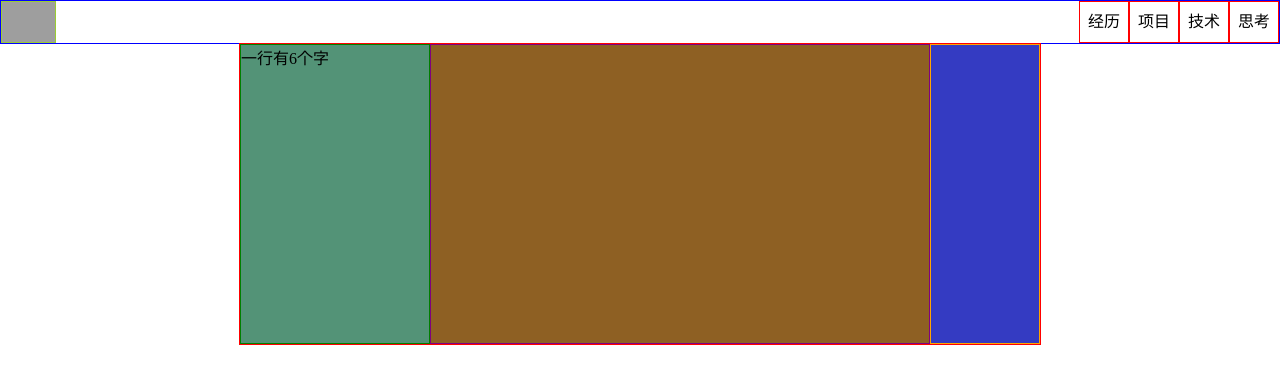
Repository: Lixianlai-2/Css-practice
Page: index.html
An editor plug-in stored every save of this project. The page is shown before and after the next save, followed by the edit.
The browser window is 1280 px wide. The pictures show the whole page.
Pictures or frames that could not be fetched are drawn as grey boxes.

Above is the page before, as saved 2021-12-03 10:57:55.

### index.html
<!DOCTYPE html>
<html>
  <head>
    <meta charset="utf-8" />
    <link rel="stylesheet" href="style.css" />
    <title>float浮动</title>
  </head>

  <body>
    <header class="clearfix">
      <div class="logo">
        <img
          src="https://avatars.githubusercontent.com/u/23273345?v=4"
          alt="头像"
        />
      </div>
      <ul class="clearfix">
        <li>经历</li>
        <li>项目</li>
        <li>技术</li>
        <li>思考</li>
      </ul>
    </header>
    <div class="content clearfix">
      <aside>一行有6个字</aside>
      <main></main>
      <div class="ad"></div>
    </div>
  </body>
</html>

### style.css
* {
  margin: 0;
  padding: 0;
  box-sizing: border-box;
}

img {
  max-width: 100%;
}

.clearfix::after {
  content: "";
  display: block;
  clear: both;
}

header {
  border: 1px solid blue;
}

ul,
ol {
  list-style: none;
}

.logo {
  display: inline-block;
  border: 1px solid yellowgreen;
  float: left;
}
.logo > img {
  height: 40px;
  vertical-align: middle;
}

ul > li {
  border: 1px solid red;
  line-height: 32px;
  float: left;
  padding: 4px 0.5em;
}
ul {
  /* 必须让其浮动，也让logo浮动，才能让其父容器完全贴合 */
  float: right;
}

.content {
  /* 不占据空间，绘制于元素内容周围 */
  outline: 1px solid red;
  width: 800px;
  margin: auto;
}

.content > aside {
  width: 190px;
  border: 1px solid green;
  height: 300px;
  float: left;
  background-color: rgb(83, 147, 119);
}

.content > main {
  border: 1px solid purple;
  height: 300px;
  width: 500px;
  float: left;
  background-color: rgb(142, 96, 35);
}

.content > .ad {
  border: 1px solid orange;
  width: 110px;
  height: 300px;
  float: left;
  background-color: rgb(52, 59, 194);
}

After the next save:
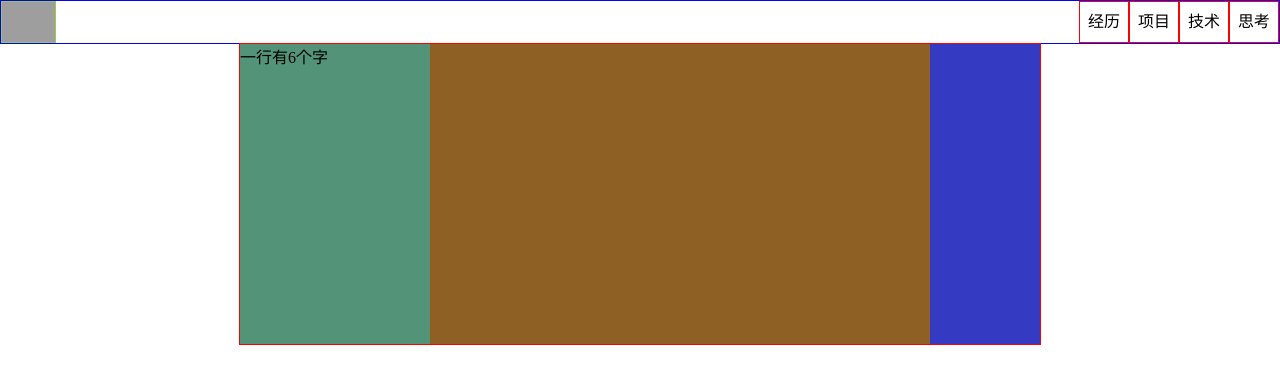
Saved 15 s later.
--- a/style.css
+++ b/style.css
@@ -53,14 +53,13 @@ ul {
 
 .content > aside {
   width: 190px;
-  border: 1px solid green;
+
   height: 300px;
   float: left;
   background-color: rgb(83, 147, 119);
 }
 
 .content > main {
-  border: 1px solid purple;
   height: 300px;
   width: 500px;
   float: left;
@@ -68,7 +67,6 @@ ul {
 }
 
 .content > .ad {
-  border: 1px solid orange;
   width: 110px;
   height: 300px;
   float: left;
